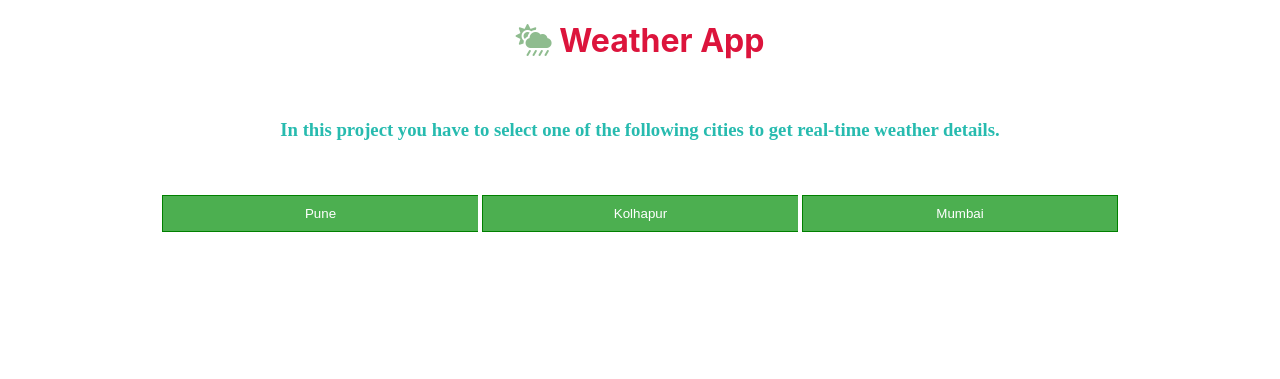
Repository: AalokJadhav/Weather_Website
Page: welcome.html
These files come from the project's save history. The page is drawn as it stood at one moment and after the next save; the edit follows.
The browser window is 1280 px wide. The pictures show the whole page.
Some web libraries are served in a nearby version.

Above is the page before, as saved 2020-11-03 08:16:50.

After the next save:
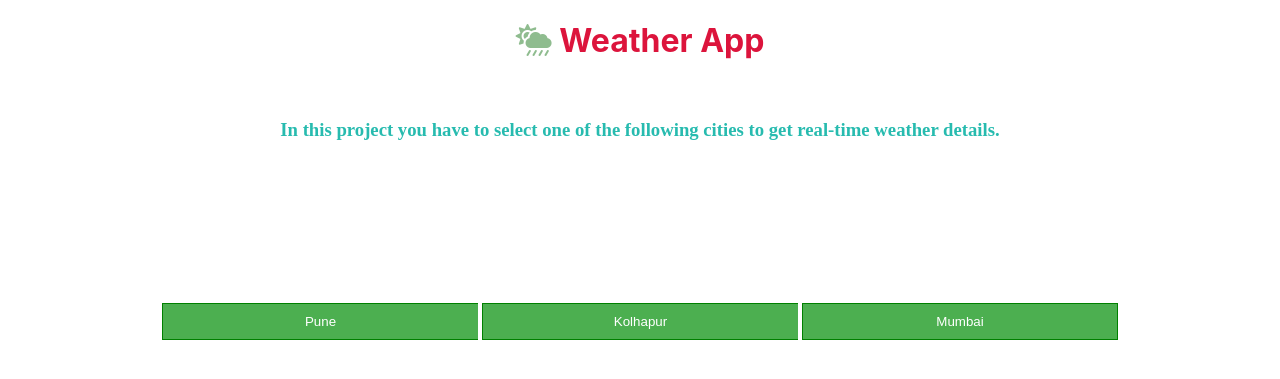
Saved 47 s later.
--- a/welcome.html
+++ b/welcome.html
@@ -54,7 +54,7 @@
             In this project you have to select one of the following cities to get real-time weather details.
         </p>
     </h3>
-    <br><br>
+    <br><br><br><br><br><br><br><br>
 
     <div class="btn-group" style="width:100%">
         <button style="width:25%">Pune</button>
